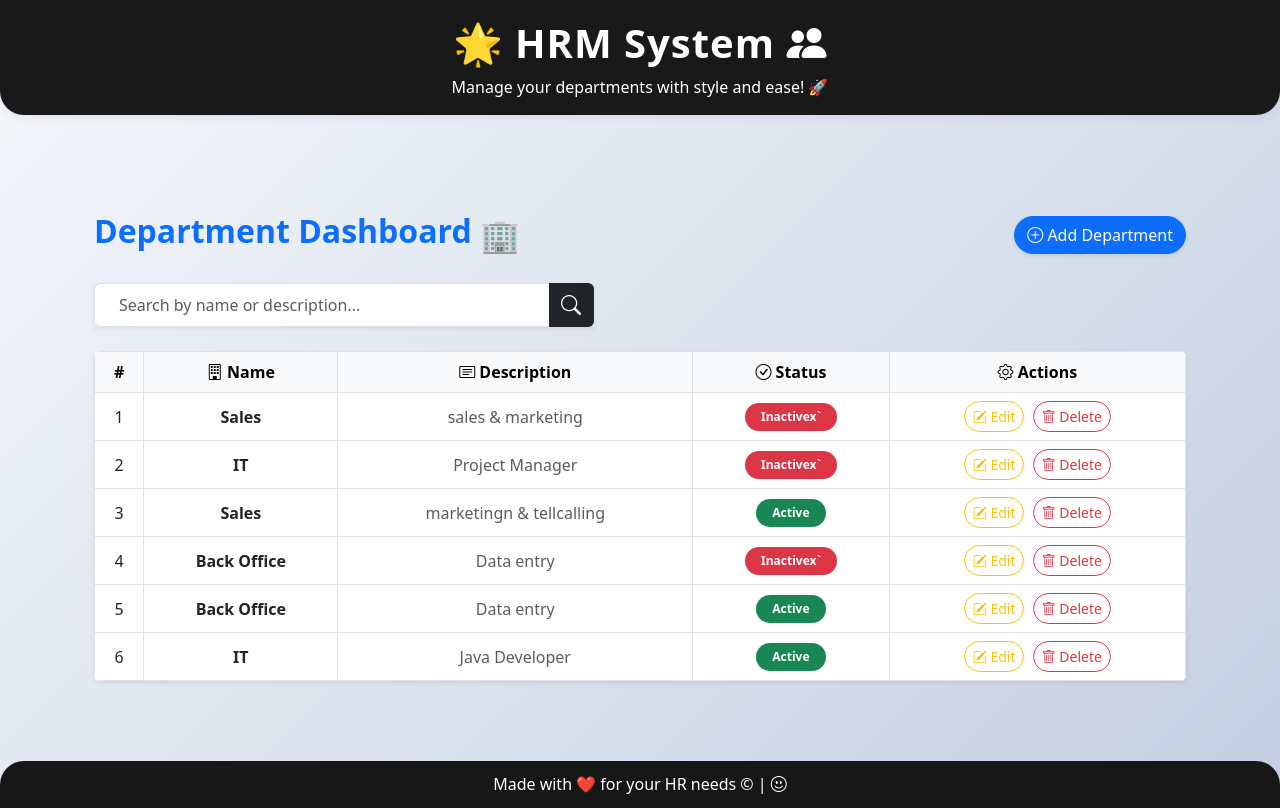
Repository: rtrupti09/HRMS
Page: http://localhost/departments/
An editor plug-in stored every save of this project. The page is shown before and after the next save, followed by the edit.
The browser window is 1280 px wide. The pictures show the whole page.
The page is served by the project's application, run on Django 5.2 (hrm_system/manage.py). The first stored user is signed in. Other server files are loaded and not shown. The page reads the database file committed with the project.

Above is the page before, as saved 2025-06-22 15:52:50.

### hrm_system/templates/department/dashboard.html
{% extends "base.html" %}

{% block extra_head %}
<link rel="stylesheet" href="https://cdn.jsdelivr.net/npm/bootstrap-icons@1.10.5/font/bootstrap-icons.css">
{% endblock %}

{% block content %}
<div class="container py-5">
    <!-- Header -->
    <div class="d-flex align-items-center justify-content-between mb-4">
        <div class="d-flex align-items-center">
            <h2 class="me-2 text-primary fw-bold">Department Dashboard</h2>
            <span class="fs-2">🏢</span>
        </div>
        <a href="{% url 'add_department' %}" class="btn btn-primary shadow-sm" style="border-radius: 30px;">
            <i class="bi bi-plus-circle"></i> Add Department
        </a>
    </div>

<!-- Stylish Search Form -->
<form method="get" class="input-group mb-4 shadow-sm" style="max-width: 500px;">
    <input type="text" name="search" value="{{ search }}"
           class="form-control px-4 py-2 border-end-0 "
           placeholder="Search by name or description..."
           style="font-size: 1rem;">
    <button class="btn btn-dark border-start-0 " type="submit">
        <i class="bi bi-search fs-5"></i>
    </button>
</form>


    <!-- Department Table -->
    <div class="table-responsive rounded shadow-sm">
        <table class="table table-bordered table-hover align-middle mb-0" style="background-color: #ffffff;">
            <thead class="table-light">
                <tr class="text-center">
                    <th>#</th>
                    <th><i class="bi bi-building"></i> Name</th>
                    <th><i class="bi bi-card-text"></i> Description</th>
                    <th><i class="bi bi-check-circle"></i> Status</th>
                    <th><i class="bi bi-gear"></i> Actions</th>
                </tr>
            </thead>
            <tbody>
                {% for dept in departments %}
                <tr class="text-center">
                    <td>{{ forloop.counter }}</td>
                    <td class="fw-semibold text-capitalize text-dark">{{ dept.dept_name }}</td>
                    <td class="text-muted">{{ dept.description }}</td>
                    <td>
                        {% if dept.status %}
                            <span class="badge bg-success px-3 py-2 rounded-pill">Active</span>
                        {% else %}
                            <span class="badge bg-danger px-3 py-2 rounded-pill">Inactivex`</span>
                        {% endif %}
                    </td>
                    <td>
                        <a href="{% url 'edit_department' dept.id %}" class="btn btn-sm btn-outline-warning rounded-pill me-1">
                            <i class="bi bi-pencil-square"></i> Edit
                        </a>
                        <a href="{% url 'delete_department' dept.id %}" class="btn btn-sm btn-outline-danger rounded-pill">
                            <i class="bi bi-trash"></i> Delete
                        </a>
                    </td>
                </tr>
                {% empty %}
                <tr>
                    <td colspan="5" class="text-center text-muted py-4">😕 No departments found.</td>
                </tr>
                {% endfor %}
            </tbody>
        </table>
    </div>
</div>
{% endblock %}

### hrm_system/templates/base.html
<!-- templates/base.html -->
<!DOCTYPE html>
<html lang="en">
<head>
    <meta charset="UTF-8">
    <title>HRM System</title>
    <meta name="viewport" content="width=device-width, initial-scale=1">
    <link href="https://cdn.jsdelivr.net/npm/bootstrap@5.3.0/dist/css/bootstrap.min.css" rel="stylesheet">
    <link rel="stylesheet" href="https://cdn.jsdelivr.net/npm/bootstrap-icons@1.10.5/font/bootstrap-icons.css">
    <style>
        body {
            background: linear-gradient(135deg, #f5f7fa 0%, #c3cfe2 100%);
            min-height: 100vh;
        }
        .hrm-header {
            background: #19191a;
            color: #fff;
            padding: 1.2rem 0 1rem 0;
            border-radius: 0 0 24px 24px;
            box-shadow: 0 2px 8px rgba(75,0,130,0.08);
            margin-bottom: 2rem;
        }
        .hrm-footer {
            background: #171717;
            color: #fff;
            text-align: center;
            padding: 0.7rem 0;
            border-radius: 24px 24px 0 0;
            margin-top: 2rem;
            font-size: 1rem;
        }
    </style>
    {% block extra_head %}{% endblock %}
</head>
<body>
    <div class="hrm-header text-center">
        <h1 style="font-weight:bold; letter-spacing:1px;">🌟 HRM System <i class="bi bi-people-fill"></i></h1>
        <p class="mb-0">Manage your departments with style and ease! 🚀</p>
    </div>
    <div class="container pt-3">
        {% if messages %}
        <div>
            {% for message in messages %}
                <div class="alert alert-{{ message.tags }} alert-dismissible fade show" role="alert">
                    {{ message }}
                    <button type="button" class="btn-close" data-bs-dismiss="alert"></button>
                </div>
            {% endfor %}
        </div>
        {% endif %}
        {% block content %}{% endblock %}
    </div>
    <div class="hrm-footer">
        <span>Made with ❤️ for your HR needs &copy; {{ now|date:'Y' }} | <i class="bi bi-emoji-smile"></i></span>
    </div>
</body>
</html>

### hrm_system/department/models.py
# department/models.py
from django.db import models

class Department(models.Model):
    dept_name = models.CharField(max_length=100)
    description = models.CharField(max_length=300)
    created_at = models.DateTimeField(auto_now_add=True)
    updated_at = models.DateTimeField(auto_now=True)
    status = models.BooleanField(default=True)

    def __str__(self):
        return self.dept_name

### hrm_system/department/views.py
# department/views.py
from django.shortcuts import render, redirect, get_object_or_404
from .models import Department
from .forms import DepartmentForm
from django.contrib import messages
from django.contrib.auth.decorators import user_passes_test

def admin_required(view_func):
    return user_passes_test(lambda u: u.is_superuser)(view_func)

@admin_required
def department_dashboard(request):
    departments = Department.objects.all()
    query = request.GET.get("search", "")
    if query:
        departments = departments.filter(dept_name__icontains=query)
    return render(request, "department/dashboard.html", {"departments": departments})

@admin_required
def add_department(request):
    if request.method == "POST":
        form = DepartmentForm(request.POST)
        if form.is_valid():
            form.save()
            messages.success(request, "Department added successfully.")
            return redirect('department_dashboard')
    else:
        form = DepartmentForm()
    return render(request, "department/add_edit.html", {"form": form})

@admin_required
def edit_department(request, dept_id):
    department = get_object_or_404(Department, pk=dept_id)
    if request.method == "POST":
        form = DepartmentForm(request.POST, instance=department)
        if form.is_valid():
            form.save()
            messages.success(request, "Department updated successfully.")
            return redirect('department_dashboard')
    else:
        form = DepartmentForm(instance=department)
    return render(request, "department/add_edit.html", {"form": form})

@admin_required
def delete_department(request, dept_id):
    department = get_object_or_404(Department, pk=dept_id)
    if request.method == "POST":
        department.status = False  # Soft delete
        department.save()
        messages.warning(request, "Department deactivated. Reassign employees before deletion.")
        return redirect('department_dashboard')
    return render(request, "department/confirm_delete.html", {"department": department})

### hrm_system/hrm_system/urls.py
"""
URL configuration for hrm_system project.

The `urlpatterns` list routes URLs to views. For more information please see:
    https://docs.djangoproject.com/en/5.2/topics/http/urls/
Examples:
Function views
    1. Add an import:  from my_app import views
    2. Add a URL to urlpatterns:  path('', views.home, name='home')
Class-based views
    1. Add an import:  from other_app.views import Home
    2. Add a URL to urlpatterns:  path('', Home.as_view(), name='home')
Including another URLconf
    1. Import the include() function: from django.urls import include, path
    2. Add a URL to urlpatterns:  path('blog/', include('blog.urls'))
"""
# hrm_system/urls.py

from django.contrib import admin
from django.urls import path, include
from django.shortcuts import redirect

urlpatterns = [
    path('admin/', admin.site.urls),
    path('departments/', include('department.urls')),
    path('accounts/', include('django.contrib.auth.urls')),  # ✅ Add this line
    path('', lambda request: redirect('department_dashboard')),
]

### hrm_system/department/urls.py
# department/urls.py
from django.urls import path
from . import views

urlpatterns = [
    path('', views.department_dashboard, name='department_dashboard'),
    path('add/', views.add_department, name='add_department'),
    path('edit/<int:dept_id>/', views.edit_department, name='edit_department'),
    path('delete/<int:dept_id>/', views.delete_department, name='delete_department'),
]

### hrm_system/db.sqlite3 (the tables this page reads, as SQL)
CREATE TABLE "auth_user" ("id" integer NOT NULL PRIMARY KEY AUTOINCREMENT, "password" varchar(128) NOT NULL, "last_login" datetime NULL, "is_superuser" bool NOT NULL, "username" varchar(150) NOT NULL UNIQUE, "last_name" varchar(150) NOT NULL, "email" varchar(254) NOT NULL, "is_staff" bool NOT NULL, "is_active" bool NOT NULL, "date_joined" datetime NOT NULL, "first_name" varchar(150) NOT NULL);
INSERT INTO "auth_user" VALUES
(1, 'pbkdf2_sha256$1000000$klXm5yfIOGV7m5jneleXNI$T7tebBIVv4do04abtiFRVLbcZeciDKrjFDq6fdQjkgs=', '2025-06-22 09:39:57.673721', 1, 'admin', '', '', 1, 1, '2025-06-22 09:14:34.032178', '');

CREATE TABLE "department_department" ("id" integer NOT NULL PRIMARY KEY AUTOINCREMENT, "dept_name" varchar(100) NOT NULL, "description" varchar(300) NOT NULL, "created_at" datetime NOT NULL, "updated_at" datetime NOT NULL, "status" bool NOT NULL);
INSERT INTO "department_department" VALUES
(1, 'sales', 'sales & marketing', '2025-06-22 09:48:29.772689', '2025-06-22 09:53:15.225973', 0),
(2, 'IT', 'Project Manager', '2025-06-22 09:50:40.913259', '2025-06-22 09:50:45.176349', 0),
(3, 'sales', 'marketingn & tellcalling', '2025-06-22 09:53:28.339740', '2025-06-22 09:53:44.053389', 1),
(4, 'back office', 'Data entry', '2025-06-22 09:54:09.921954', '2025-06-22 09:54:14.452761', 0),
(5, 'back office', 'Data entry', '2025-06-22 09:54:41.224577', '2025-06-22 09:54:41.224597', 1),
(6, 'IT', 'Java Developer', '2025-06-22 10:01:21.121885', '2025-06-22 10:01:21.121905', 1);

After the next save:
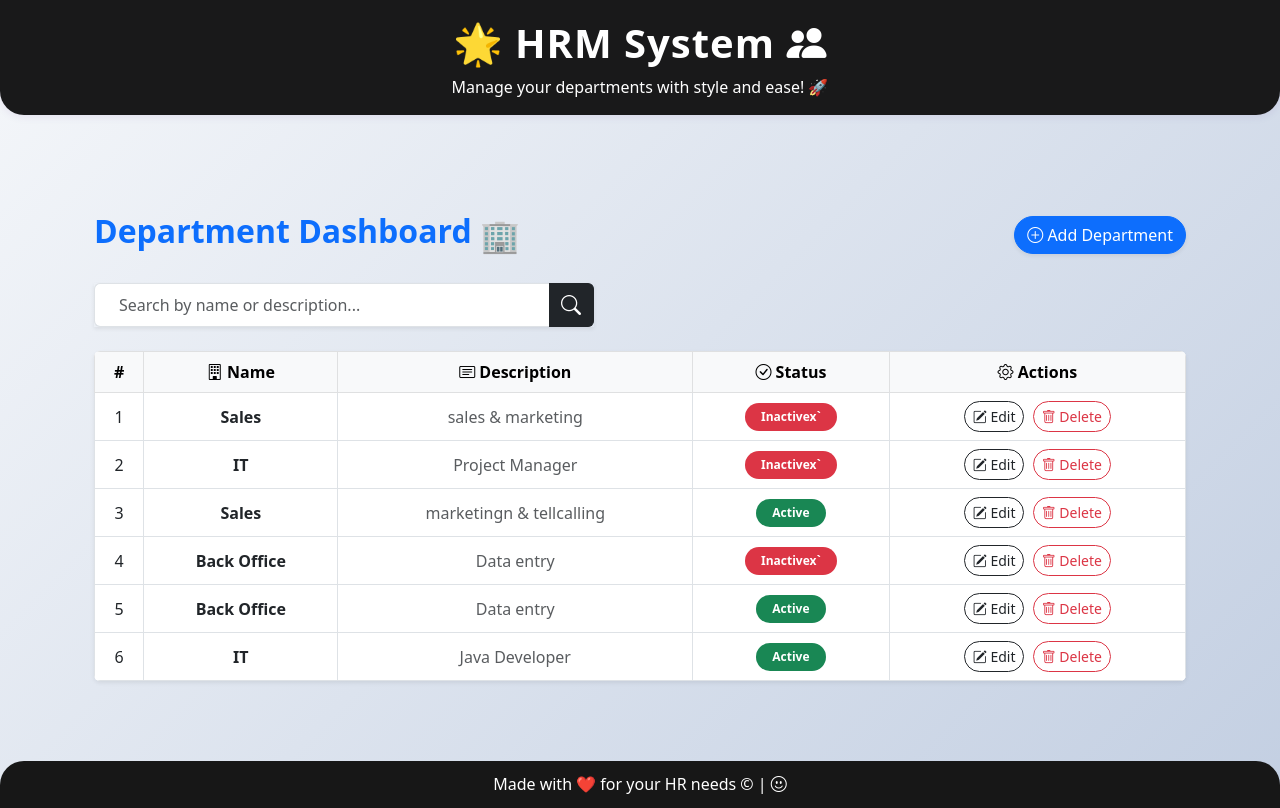
Saved 14 s later.
--- a/hrm_system/templates/department/dashboard.html
+++ b/hrm_system/templates/department/dashboard.html
@@ -55,7 +55,7 @@
                         {% endif %}
                     </td>
                     <td>
-                        <a href="{% url 'edit_department' dept.id %}" class="btn btn-sm btn-outline-warning rounded-pill me-1">
+                        <a href="{% url 'edit_department' dept.id %}" class="btn btn-sm btn-outline-dark rounded-pill me-1">
                             <i class="bi bi-pencil-square"></i> Edit
                         </a>
                         <a href="{% url 'delete_department' dept.id %}" class="btn btn-sm btn-outline-danger rounded-pill">
